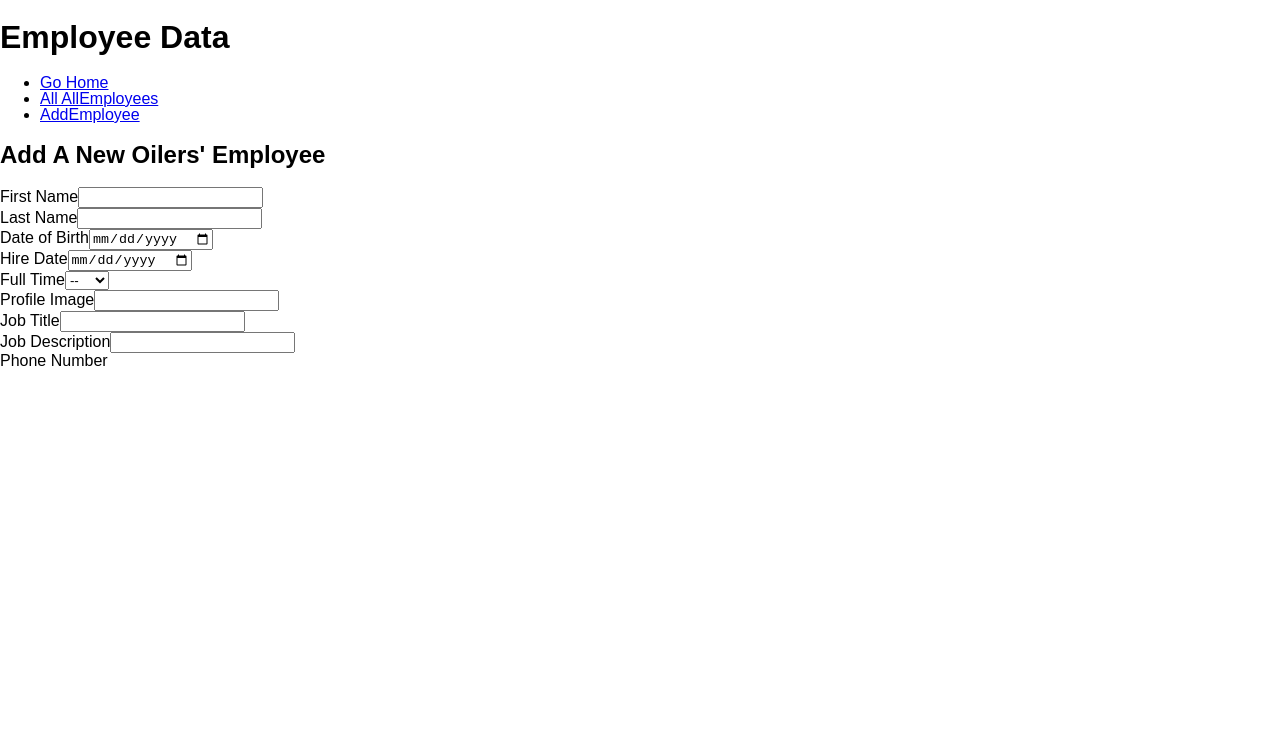
Repository: rh1456/employee-directory
Page: /2
These files come from the project's save history. The page is drawn as it stood at one moment and after the next save; the edit follows.
The browser window is 1280 px wide. The pictures show the whole page.
The project was rebuilt for these pictures with package versions that can differ from the ones it lists, and the page was loaded fresh each time. Also part of the build but not shown: src/components/HelloWorld.jsx, src/pages/HomePage.jsx, src/pages/NotFound.jsx, src/pages/AllEmployees.jsx.

Above is the page before, as saved 2019-12-07 13:52:35.

### public/index.html
<!DOCTYPE html>
<html lang="en">
  <head>
    <meta charset="utf-8">
    <link rel="shortcut icon" href="%PUBLIC_URL%/favicon.ico">
    <meta name="viewport" content="width=device-width, initial-scale=1, shrink-to-fit=no">
    <meta name="theme-color" content="#000000">
    <!--
      manifest.json provides metadata used when your web app is added to the
      homescreen on Android. See https://developers.google.com/web/fundamentals/web-app-manifest/
    -->
    <link rel="manifest" href="%PUBLIC_URL%/manifest.json">
    <!--
      Notice the use of %PUBLIC_URL% in the tags above.
      It will be replaced with the URL of the `public` folder during the build.
      Only files inside the `public` folder can be referenced from the HTML.

      Unlike "/favicon.ico" or "favicon.ico", "%PUBLIC_URL%/favicon.ico" will
      work correctly both with client-side routing and a non-root public URL.
      Learn how to configure a non-root public URL by running `npm run build`.
    -->
    <title>Employee Directory</title>
  </head>
  <body>
    <noscript>
      You need to enable JavaScript to run this app.
    </noscript>
    <div id="root"></div>
    <!--
      This HTML file is a template.
      If you open it directly in the browser, you will see an empty page.

      You can add webfonts, meta tags, or analytics to this file.
      The build step will place the bundled scripts into the <body> tag.

      To begin the development, run `npm start` or `yarn start`.
      To create a production bundle, use `npm run build` or `yarn build`.
    -->
  </body>
</html>

### src/App.jsx
import React from 'react'
import { BrowserRouter as Router, Link, Route, Switch } from 'react-router-dom'
// import AllEmployees from './pages/AllEmployees'
import AddEmployee from './pages/AddEmployee'
import HomePage from './pages/HomePage'
import NotFound from './pages/NotFound'
import AllEmployees from './pages/AllEmployees'

const App = () => {
  return (
    <Router>
      <header>
        <h1>Employee Data</h1>
        <nav>
          <ul>
            <li>
              <Link to="/">Go Home</Link>
            </li>
            <li>
              <Link to="/1">All AllEmployees</Link>
            </li>
            <li>
              <Link to="/2">AddEmployee</Link>
            </li>
          </ul>
        </nav>
      </header>
      <Switch>
        <Route exact path="/" component={HomePage}></Route>
        <Route exact path="/1" component={AllEmployees}></Route>
        <Route exact path="/2" component={AddEmployee}></Route>
        <Route path="*" component={NotFound}></Route>
      </Switch>
    </Router>
  )
}

export default App

### src/pages/AddEmployee.jsx
import React, { useState } from 'react'
import { Redirect } from 'react-router-dom'
import axios from 'axios'

const AddEmployee = () => {
  const [resetForm, setResetForm] = useState('')
  const [firstName, setFirstName] = useState('')
  const [lastName, setLastName] = useState('')
  const [birthday, setBirthday] = useState('')
  const [hireDate, setHireDate] = useState('')
  const [isFullTime, setIsFullTime] = useState('')
  const [profileImage, setProfileImage] = useState('')
  const [jobTitle, setJobTitle] = useState('')
  const [jobDescription, setJobDescription] = useState('')
  const [phoneNumber, setPhoneNumber] = useState('')
  const [address, setAdress] = useState('')
  const [city, setCity] = useState('')
  const [state, setState] = useState('')
  const [zip, setZip] = useState('')
  const [email, setEmail] = useState('')
  const [emergencyContactPerson, setEmergencyContactPerson] = useState('')
  const [emergencyContactPhone, setEmergencyContactPhone] = useState('')
  const [emergencyContactAddress, setEmergencyContactAddress] = useState('')
  const [ptoHours, setPtoHours] = useState('')

  const submitForm = async event => {
    event.preventDefault()
    const resp = await axios.post(
      'https://sdg-staff-directory-app.herokuapp.com/api/oilers/Employees',

      {
        firstName: firstName,
        lastName: lastName,
        birthday: birthday,
        hireDate: hireDate,
        isFullTime: isFullTime,
        profileImage: profileImage,
        jobTitle: jobTitle,
        jobDescription: jobDescription,
        phoneNumber: phoneNumber,
        address: address,
        city: city,
        state: state,
        zip: zip,
        email: email,
        emergencyContactPerson: emergencyContactPerson,
        emergencyContactPhone: emergencyContactPhone,
        emergencyContactAddress: setEmergencyContactAddress,
        ptoHours,
        ptoHours,
      }
    )
  }
  return (
    <>
      <main>
        <h2> Add A New Oilers' Employee</h2>
        <form onSubmit={submitForm}>
          <section>
            <section className="employeeLabel">
              <label htmlFor="firstName">First Name</label>
              <input
                onChange={e => {
                  setFirstName(e.target.value)
                }}
                value={firstName}
                type="text"
              />
            </section>
            <section className="employeeLabel">
              <label htmlFor="lastName">Last Name</label>
              <input
                onChange={e => {
                  setLastName(e.target.value)
                }}
                value={lastName}
                type="text"
              />
            </section>
            <section className="employeeLabel">
              <label htmlFor="birthday">Date of Birth</label>
              <input
                className="dateData"
                onChange={e => {
                  setBirthday(e.target.value)
                }}
                type="date"
                value={birthday}
              />
            </section>
            <section className="employeeLabel">
              <label htmlFor="hireDate">Hire Date</label>
              <input
                className="dateData"
                onChange={e => {
                  setHireDate(e.target.value)
                }}
                type="date"
                value={hireDate}
              />
            </section>
            <section className="employeeLabel">
              <label htmlFor="fullTime">Full Time</label>
              <select
                onChange={e => {
                  setIsFullTime(e.target.value)
                }}
                type="text"
                value={isFullTime}
              >
                <option value="">--</option>
                <option value="true">Yes</option>
                <option value="false">No</option>
              </select>
            </section>
            <section className="employeeLabel">
              <label htmlFor="profileImage">Profile Image</label>
              <input
                onChange={e => {
                  setProfileImage(e.target.value)
                }}
                type="url"
                value={profileImage}
              />
            </section>
            <section className="employeeLabel">
              <label htmlFor="jobTitle">Job Title</label>
              <input
                onChange={e => {
                  setJobTitle(e.target.value)
                }}
                type="text"
                value={jobTitle}
              />
            </section>
            <section className="employeeLabel">
              <label htmlFor="jobDescription">Job Description</label>
              <input
                onChange={e => {
                  setJobDescription(e.target.value)
                }}
                type="text"
                value={jobDescription}
              />
            </section>
            <section className="employeeLabel">
              <label htmlFor="phone">Phone Number</label>
            </section>
          </section>
        </form>
      </main>
    </>
  )
}

export default AddEmployee

Loaded but not shown: src/index.js (common file); src/index.css (common file)

After the next save:
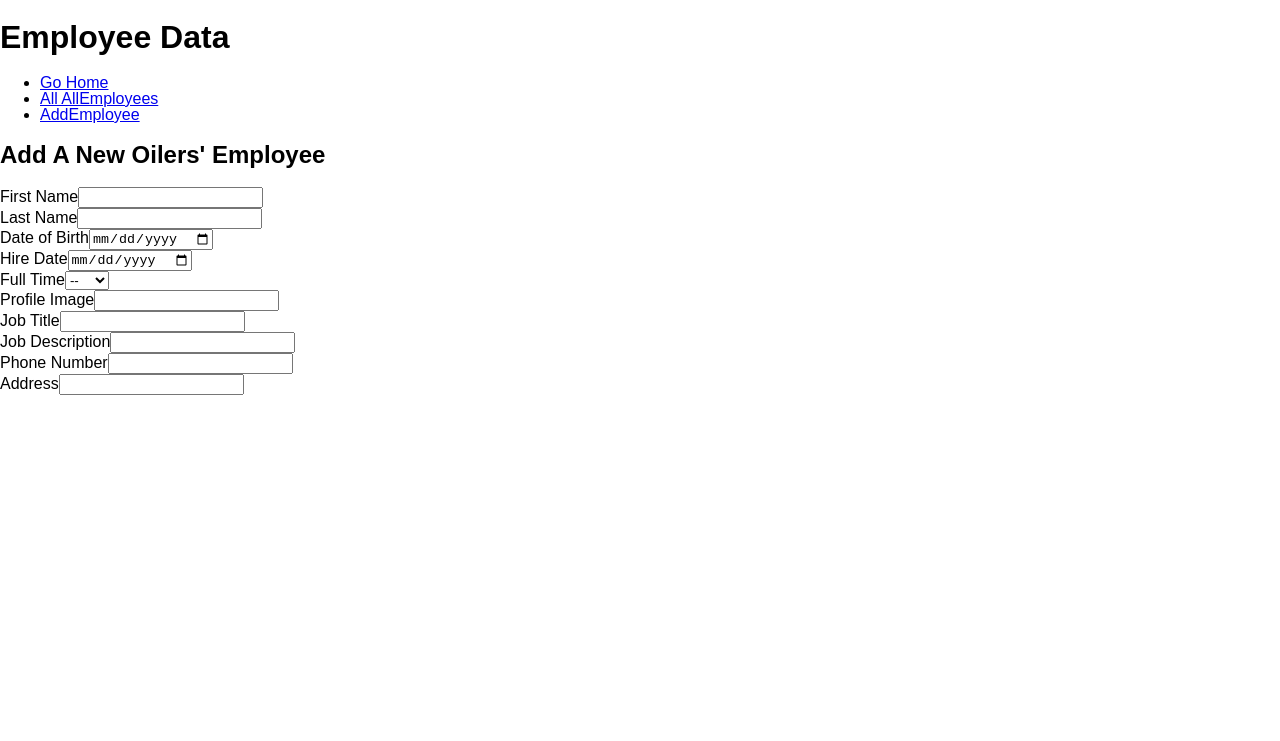
Saved 2 min 39 s later.
--- a/src/pages/AddEmployee.jsx
+++ b/src/pages/AddEmployee.jsx
@@ -145,6 +145,23 @@
             </section>
             <section className="employeeLabel">
               <label htmlFor="phone">Phone Number</label>
+              <input
+                onChange={e => {
+                  setPhoneNumber(e.target.value)
+                }}
+                type="text"
+                value={phoneNumber}
+              />
+            </section>
+            <section className="employeeLabel">
+              <label htmlFor="address">Address</label>
+              <input
+                onChange={e => {
+                  setAdress(e.target.value)
+                }}
+                type="text"
+                value={address}
+              />
             </section>
           </section>
         </form>
